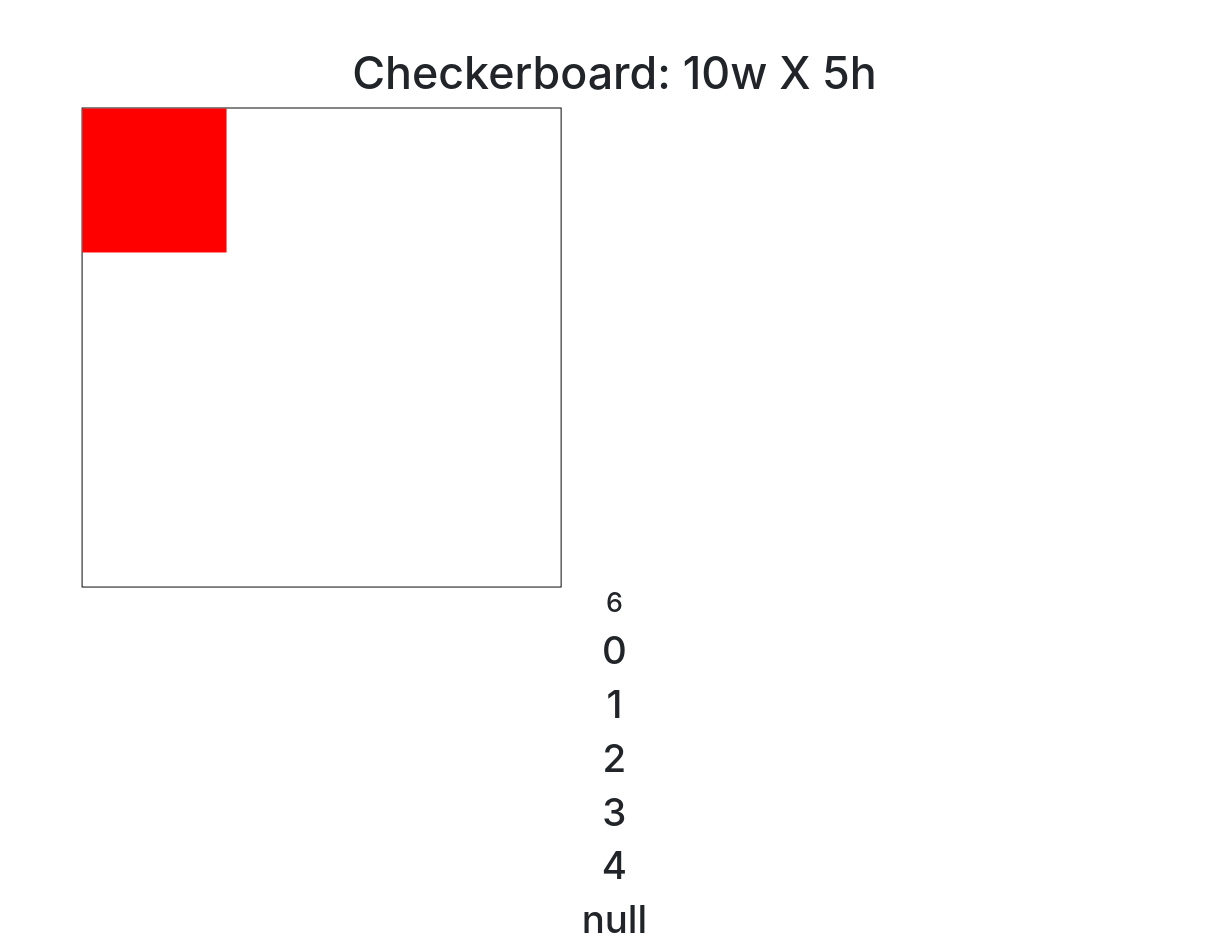
Repository: ACow3/java
Page: http://localhost/Checkerboard/checkerboard.jsp
These files come from the project's save history. The page is drawn as it stood at one moment and after the next save; the edit follows.
The browser window is 1280 px wide. The pictures show the whole page, at 96% of full size.
The page is served by Tomcat 9.

Above is the page before, as saved 2019-08-09 00:55:36.

After the next save:
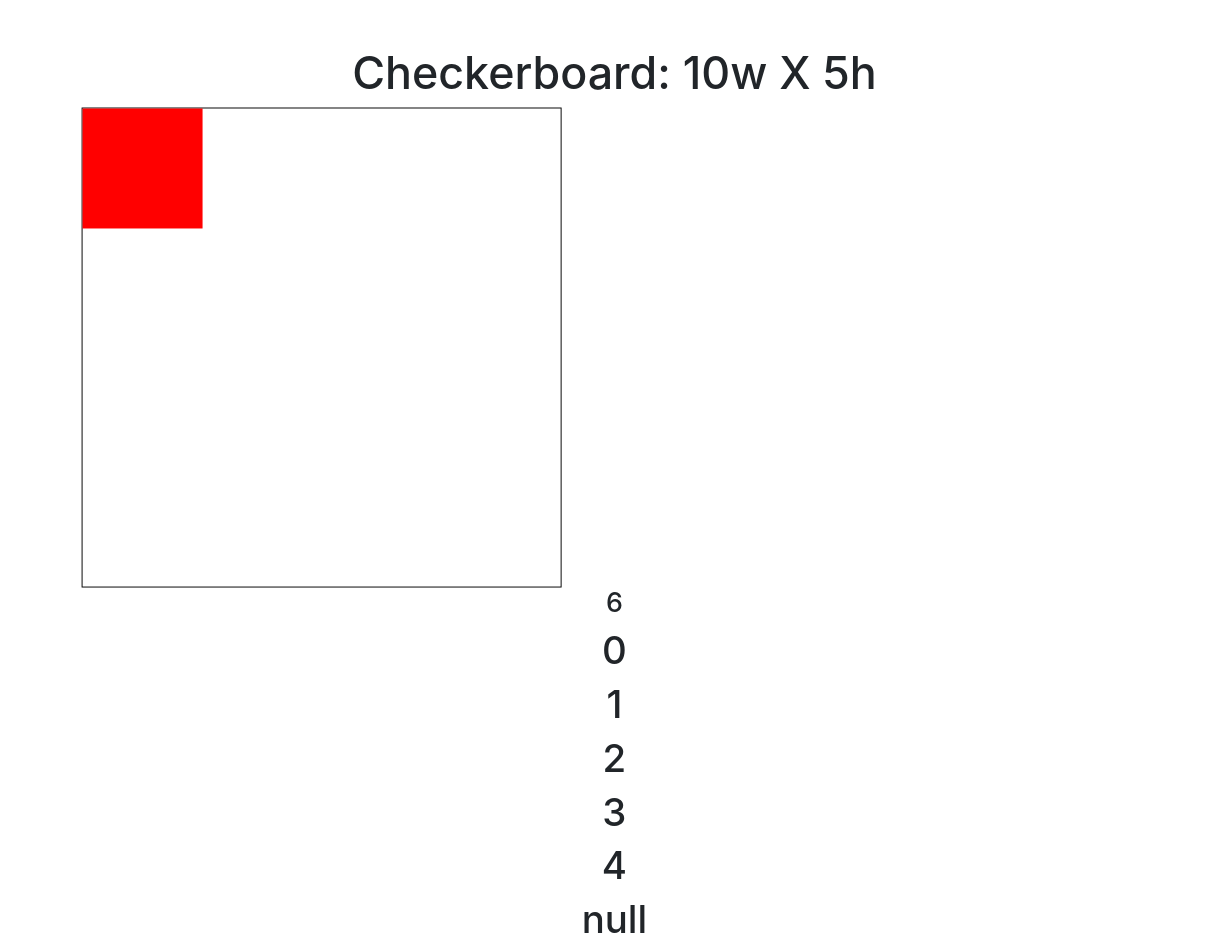
Saved 12 s later.
--- a/javaOOP/Checkerboard/WebContent/checkerboard.jsp
+++ b/javaOOP/Checkerboard/WebContent/checkerboard.jsp
@@ -23,8 +23,8 @@
 		height: 500px;
 	}
 	.red_box{
-		width: 150px;
-		height: 150px;
+		width: 125px;
+		height: 125px;
 		background-color: red;
 
 	}
